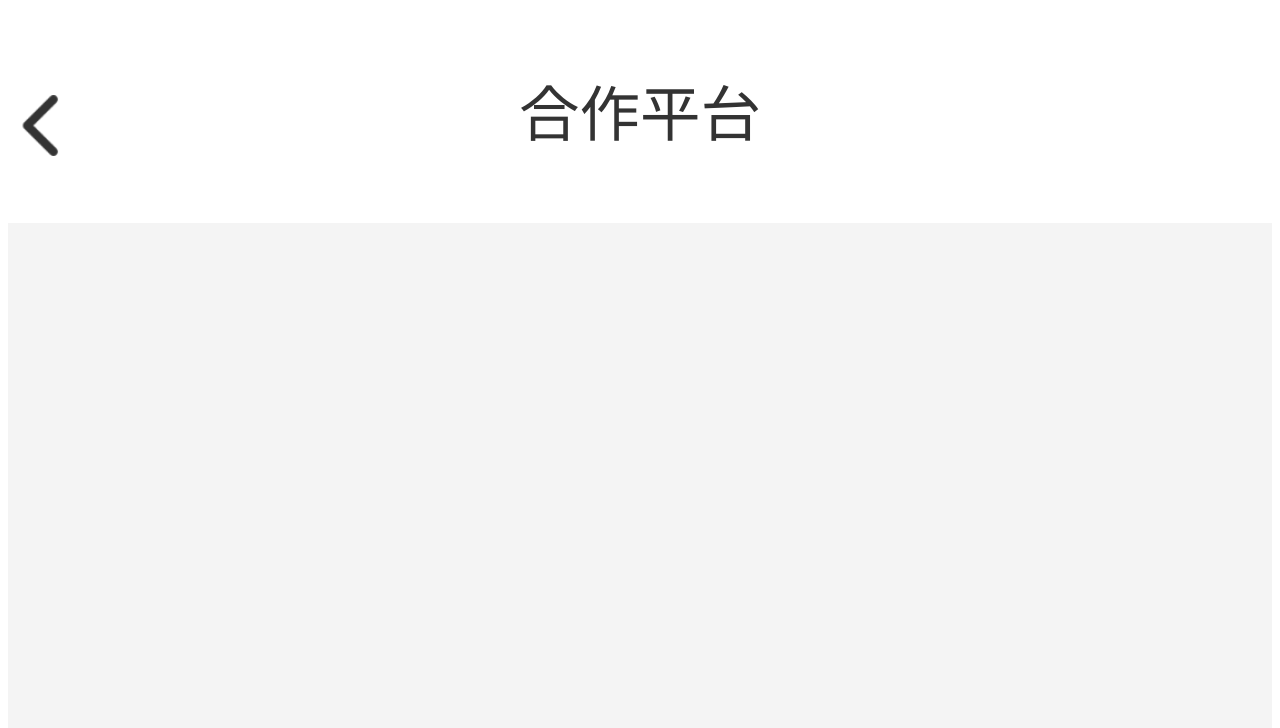
Repository: GgoodBoy/js-object
Page: jquery懒加载/platObj/platForm.html
The author's editor kept a copy of each file at every save. The page is drawn from the files as they stood at one save, then again after the next save.
The browser window is 1280 px wide. The pictures show the whole page.
Some web libraries are served in a nearby version.

Above is the page before, as saved 2019-10-15 13:58:27.

### jquery懒加载/platObj/platForm.html
<!DOCTYPE html PUBLIC "-//WAPFORUM//DTD XHTML Mobile 1.0//EN" "http://www.wapforum.org/DTD/xhtml-mobile10.dtd">
<html>
<head>
  <meta charset="utf-8">
  <meta name="viewport" content="width=device-width,initial-scale=1.0,maximum-scale=1.0,minimum=1.0,user-scalable=no">
  <meta name="format-detection" content="telephone=no, email=no">
  <meta name="apple-mobile-web-app-capable" content="yes">
  <meta http-equiv="Content-Security-Policy" content="script-src 'self' *.alicdn.com *.qq.com *.wx.qq.com *.7moor.com * *.youfushuyuan.com *.xueguoxue.com *.sohu.com 'unsafe-inline' 'unsafe-eval'">

</head>

<body>
  <div id="platFormId">
    <div class="titleNav">
        <img class="imgInf" src="./img/returnImg.png"/>
        合作平台
    </div>
    <div class="platList"></div>
  </div>
</body>
<script src="http://libs.baidu.com/jquery/2.0.0/jquery.min.js"></script>
<script>
!(function(doc, win) {
    var docEle = doc.documentElement,
        evt = "onorientationchange" in window ? "orientationchange" : "resize",
        fn = function() {
            var width = docEle.clientWidth;
            width && (docEle.style.fontSize = Math.ceil(42 * (width / 320)) + "px");
        };

    win.addEventListener(evt, fn, false);
    doc.addEventListener("DOMContentLoaded", fn, false);

}(document, window));
</script>
<style>
html{
    -ms-text-size-adjust: 100%;
    -webkit-text-size-adjust: 100%;
    background: 0 0;
    color: #000;
    -moz-user-select: none;
    -khtml-user-select: none;
    user-select: none;
    width: 100%;
    height: 100%;
}
#platFormId{
    background: #F4F4F4;
    overflow: hidden;
}
#platFormId .titleNav{
    text-align: center;
    width: 100%;
    height: 1.28rem;
    font-size: 0.36rem;
    line-height: 1.28rem;
    color: #333333;
    background: #fff;
    position: relative;
}
#platFormId .titleNav .imgInf{
    position: absolute;
    left: 0;
    width: 0.36rem;
    bottom: 0.4rem;
}
#platFormId .platList{
    height: calc(100vh - 1.28rem);
}
</style>
</html>

After the next save:
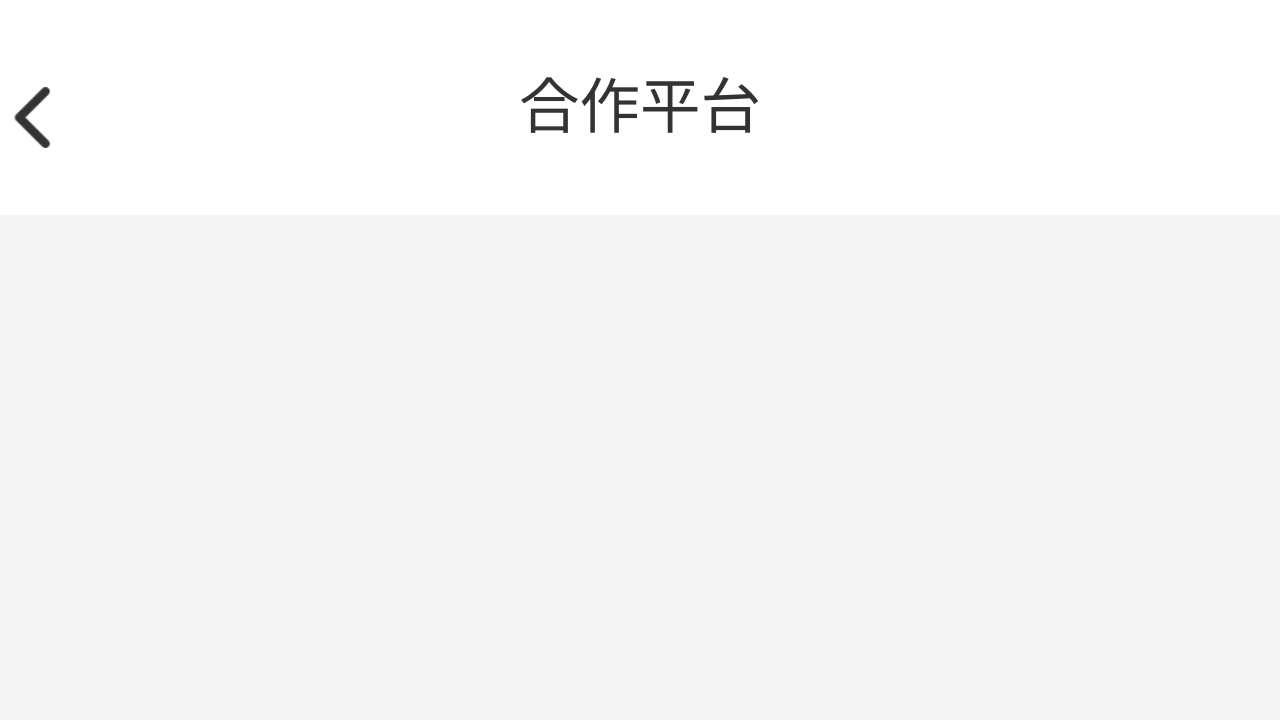
Saved 2 min 38 s later.
--- a/jquery懒加载/platObj/platForm.html
+++ b/jquery懒加载/platObj/platForm.html
@@ -45,6 +45,11 @@
     width: 100%;
     height: 100%;
 }
+body{
+    width: 100%;
+    height: 100%;
+    margin: 0;
+}
 #platFormId{
     background: #F4F4F4;
     overflow: hidden;
